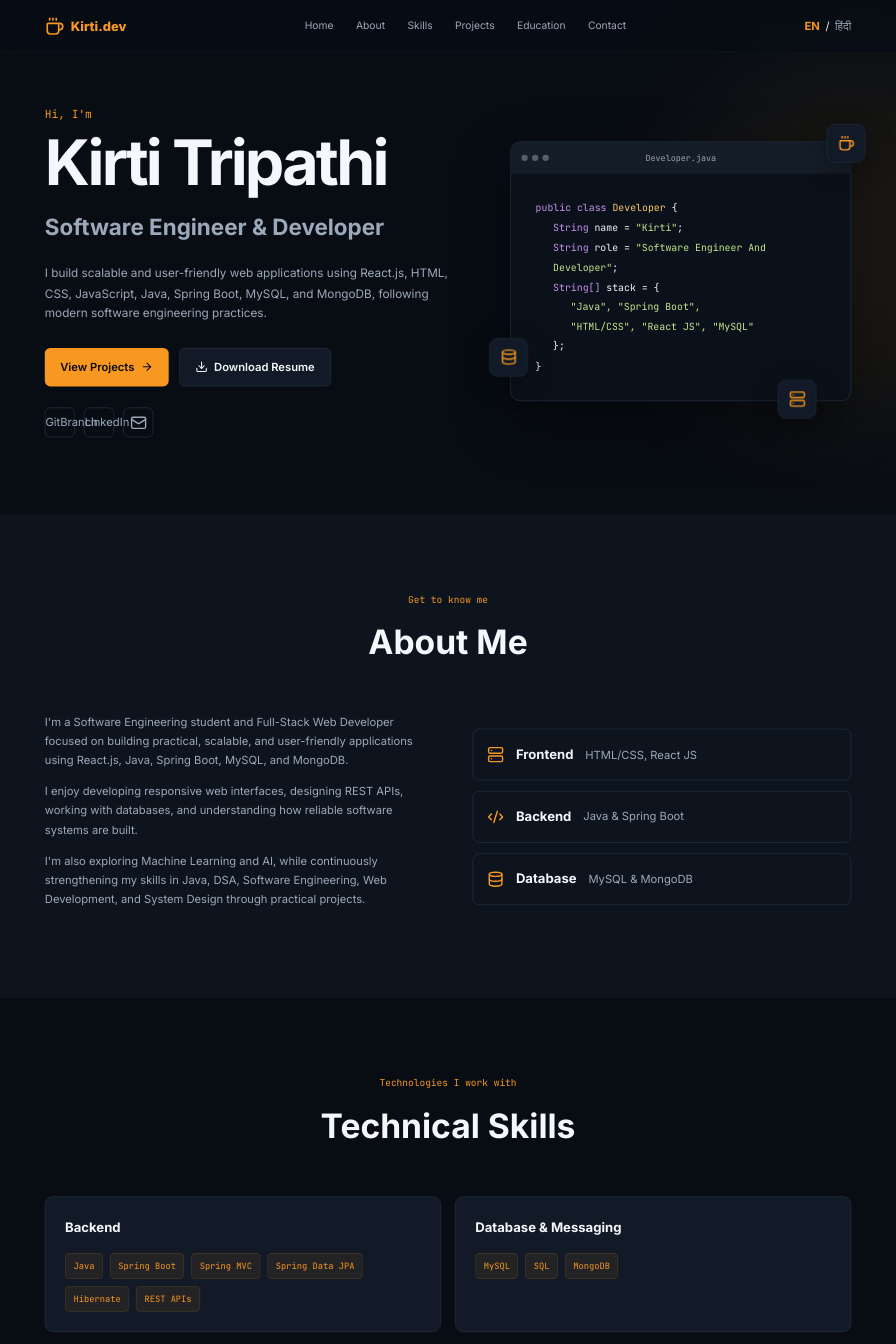
Repository: Rashi-Kirti06/En-Hi-Portfolio
Page: /
The author's editor kept a copy of each file at every save. The page is drawn from the files as they stood at one save, then again after a run of saves.
The browser window is 1280 px wide. The pictures show the part of the page from y = 0 to 1920 px (the page is 4993 px tall), at 70% of full size.
The project was rebuilt for these pictures with package versions that can differ from the ones it lists, and the page was loaded fresh each time. Also part of the build but not shown: vite.config.js.

Above is the page before, as saved 2026-09-06 16:43:51.

After the next 2 saves:
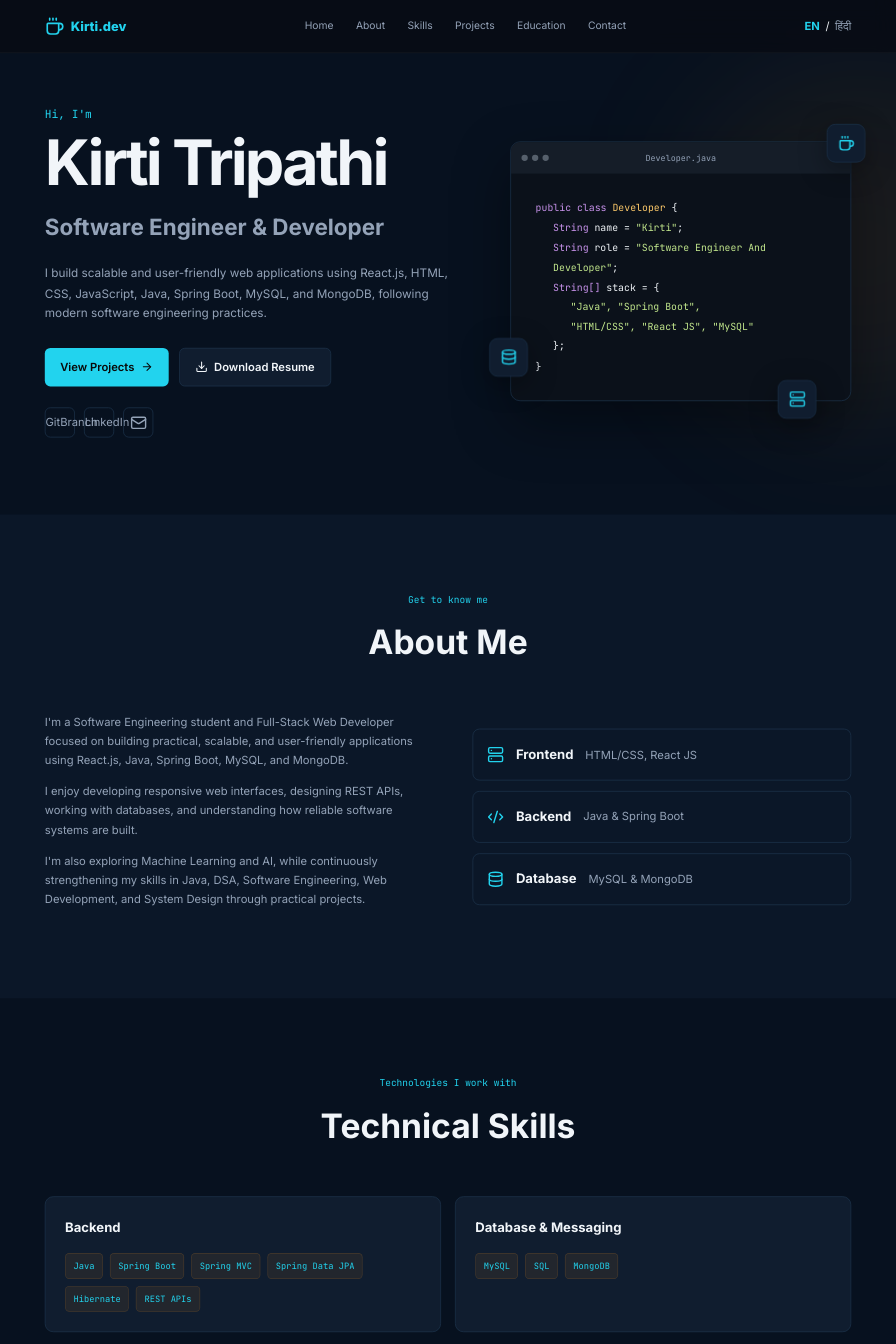
The 2 saves are shown as one change because they came seconds apart.
The last was saved 40 s later.
--- a/src/index.css
+++ b/src/index.css
@@ -1,7 +1,7 @@
 @import url("https://fonts.googleapis.com/css2?family=Inter:wght@400;500;600;700;800&family=JetBrains+Mono:wght@400;500;600&display=swap");
 
 :root {
-  --background: #080d14;
+  /* --background: #080d14;
   --background-secondary: #0d141e;
   --card: #111a26;
   --card-hover: #162231;
@@ -14,7 +14,18 @@
 
   --green: #58d68d;
 
-  --border: #233142;
+  --border: #233142; */
+
+  --background: #07111f;
+--background-secondary: #0b1728;
+--card: #101d2f;
+--card-hover: #152840;
+--text: #f1f5f9;
+--text-muted: #94a3b8;
+--primary: #22d3ee;
+--primary-hover: #06b6d4;
+--green: #34d399;
+--border: #1e344d;
 
   --max-width: 1180px;
 
